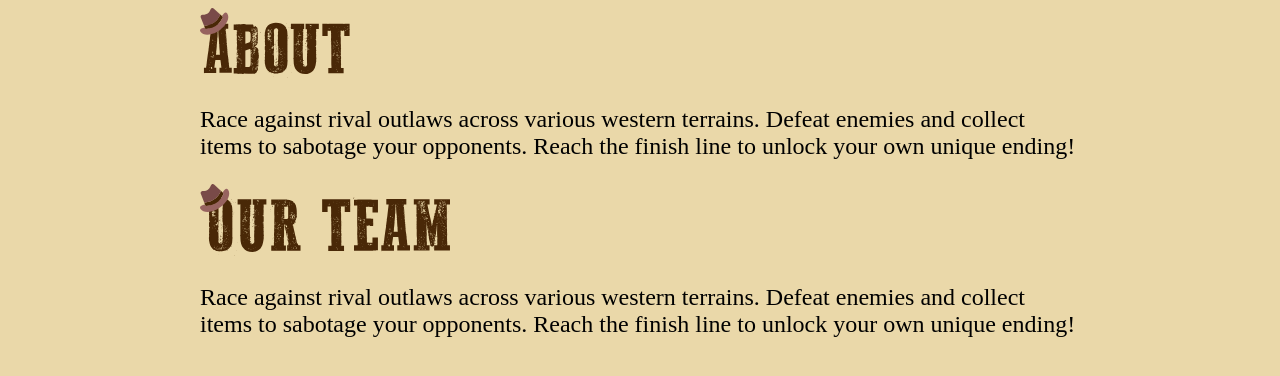
Repository: AlyssaHug/Bandit-Breakout
Page: index.html
These files come from the project's save history. The page is drawn as it stood at one moment and after the next save; the edit follows.
The browser window is 1280 px wide. The pictures show the whole page.
Some web fonts or font styles are not loaded; a fallback is used.

Above is the page before, as saved 2025-05-06 12:17:56.

### index.html
<!DOCTYPE html>
<html lang="en">
    <head>
        <meta charset="UTF-8" />
        <meta
            name="viewport"
            content="width=device-width, initial-scale=1.0" />
        <link
            rel="stylesheet"
            href="styles.css" />
        <title>Bandit Breakout</title>
    </head>
    <body>
        <header></header>
        <main>
            <div class="about_section">
                <img class="about_section-heading" src="img/about.svg" alt="about">
                <p class="about_section-text">
                    Race against rival outlaws across various western terrains. Defeat enemies and collect items to sabotage your opponents. Reach the finish line to unlock your own unique ending!
                </p>
            </div>
            <div class="team_section">
                <img class="team_section-heading" src="img/ourteam.svg" alt="team">
                <p class="about_section-text">
                    Race against rival outlaws across various western terrains. Defeat enemies and collect items to sabotage your opponents. Reach the finish line to unlock your own unique ending!
                </p>
            </div>
        </main>
        <footer></footer>
    </body>
</html>

### styles.css
@import url("https://fonts.googleapis.com/css2?family=Wellfleet&display=swap");

@font-face {
    font-family: "Western Bang Bang";
    src: url("fonts/WesternBangBang.ttf") format("truetype");
    font-weight: normal;
    font-style: normal;
}

:root {
    /* Font Families */
    --font-western: "Western Bang Bang", sans-serif;
    --font-wellfleet: "Wellfleet", serif;

    /* Font Sizes */
    --font-size-h1: 48px;
    --font-size-h2: 36px;
    --font-size-h3: 32px;
    --font-size-h4: 24px;
    --font-size-body: 14px;
    --font-size-caption: 11px;
}

html {
    width: 70%;
    margin: 0 auto;
    background-color: #EAD8A9;
}
.about_section-heading {
    width: 150px;
}
.about_section-text {
    font-size: var(--font-size-h4);
    font-family: var(--font-wellfleet);
}

.team_section-heading {
  width: 250px;
}

After the next save:
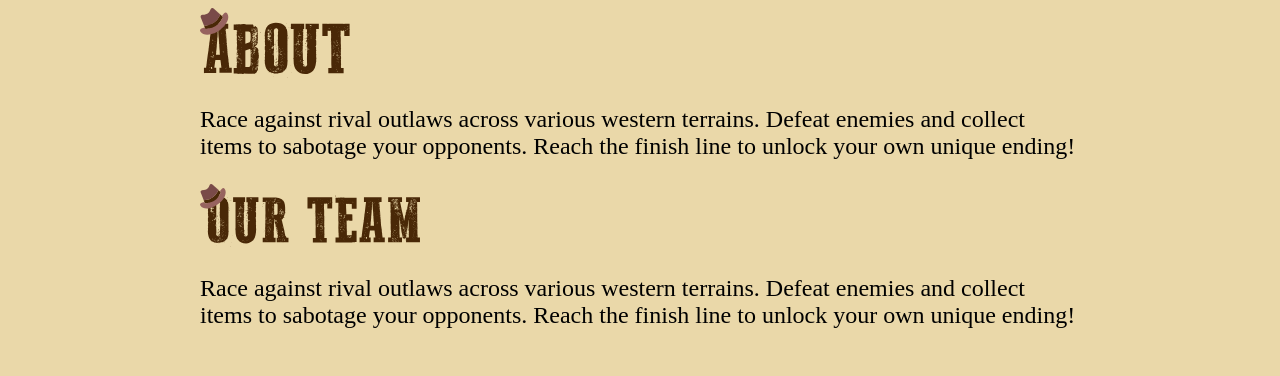
Saved 5 s later.
--- a/styles.css
+++ b/styles.css
@@ -35,5 +35,5 @@ html {
 }
 
 .team_section-heading {
-  width: 250px;
+  width: 220px;
 }
